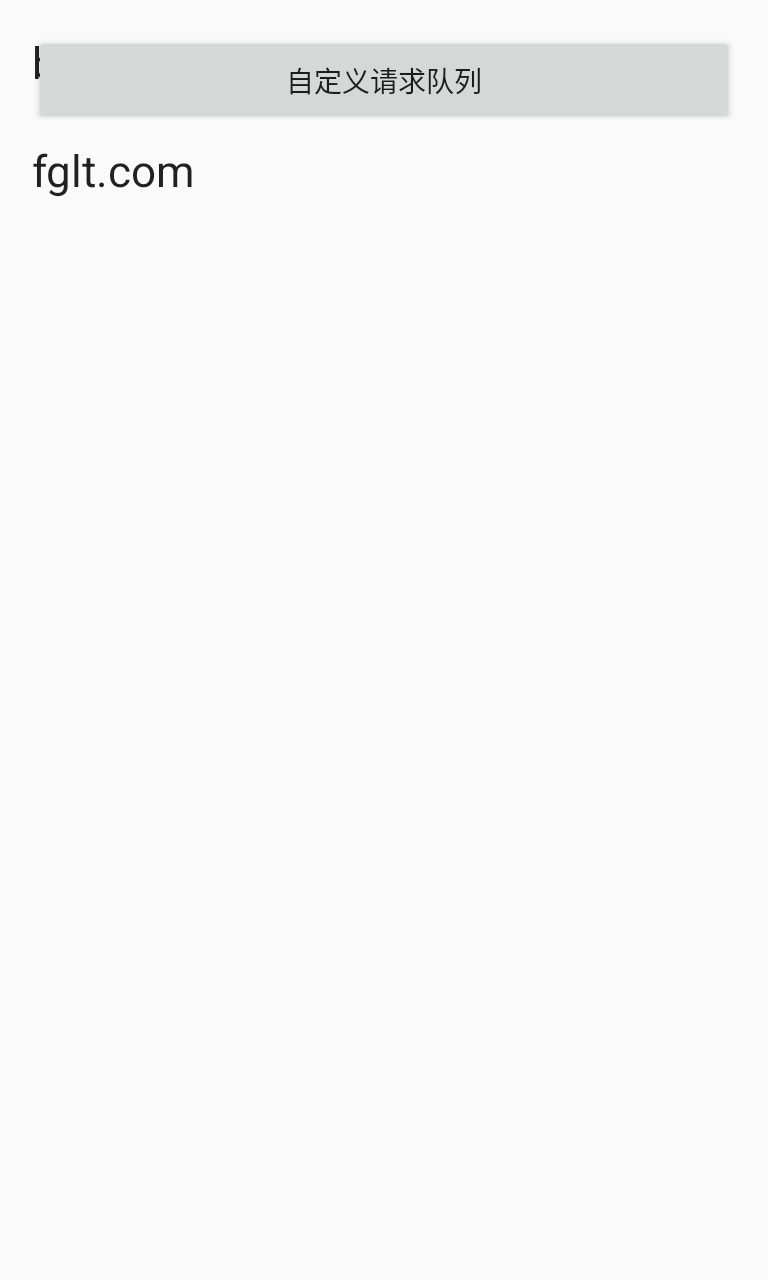
Repository: xiaoniao/home
Layout: android_training/VolleyTraing/res/layout/activity_main.xml
The author's editor kept a copy of each file at every save. The layout is drawn from the files as they stood at one save, then again after the next save.
It is drawn on a 768 x 1280 px phone screen (xhdpi) without system bars, with theme AppTheme; the app's code is not run.

Above is the layout before, as saved 2014-09-04 13:25:49.

After the next save:
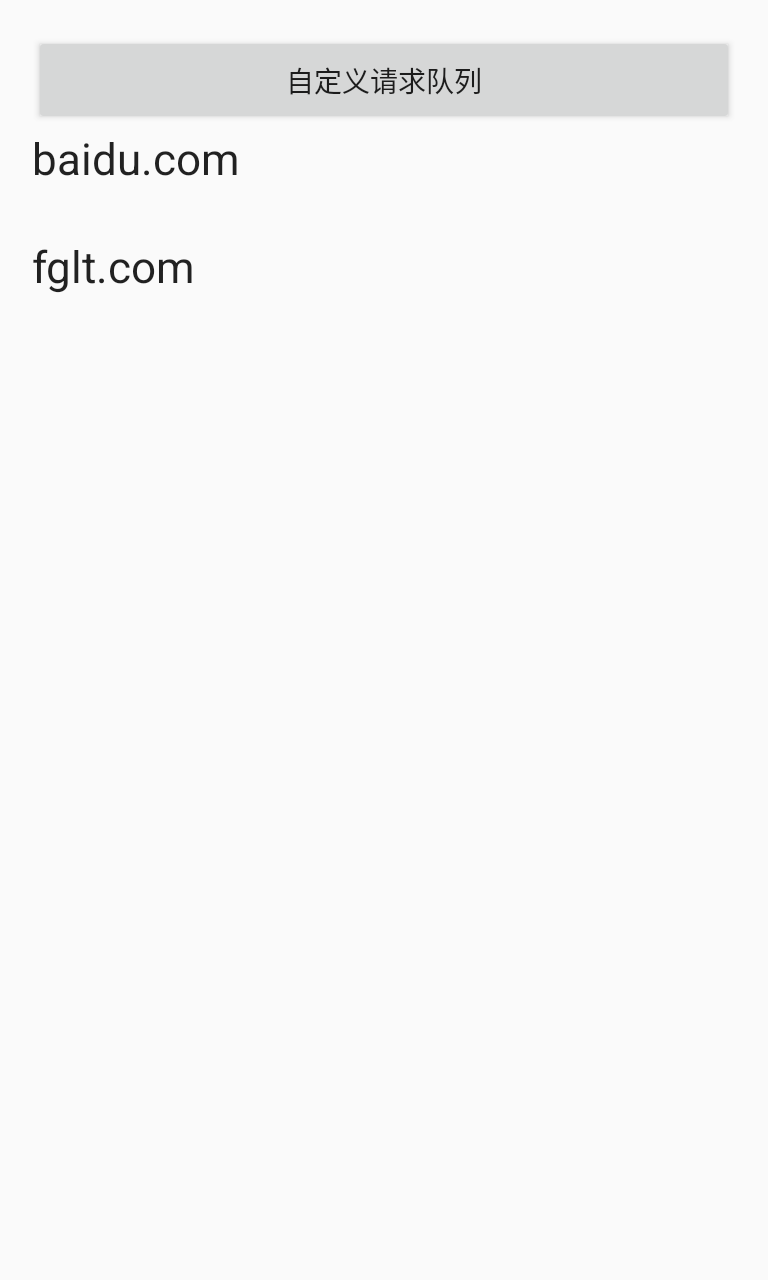
Saved 7 s later.
--- a/android_training/VolleyTraing/res/layout/activity_main.xml
+++ b/android_training/VolleyTraing/res/layout/activity_main.xml
@@ -23,7 +23,7 @@
             android:id="@+id/textView1"
             android:layout_width="wrap_content"
             android:layout_height="wrap_content"
-
+            android:layout_below="@id/custombtn"
             android:text="baidu.com"
             android:textAppearance="?android:attr/textAppearanceLarge" />
 
